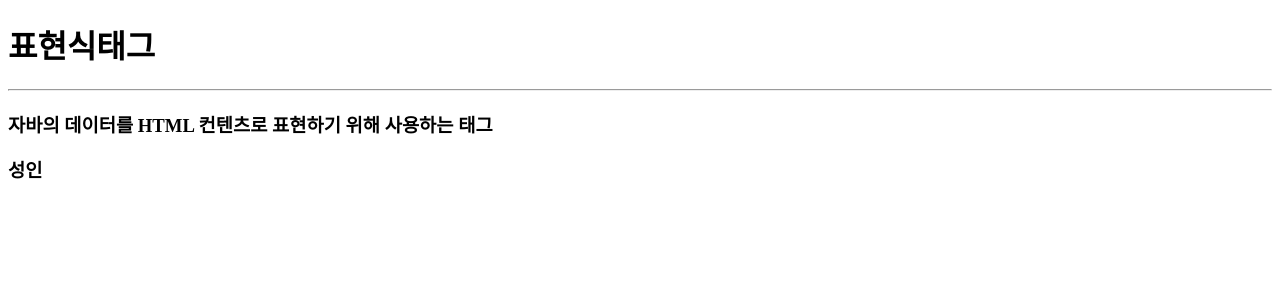
Repository: JWbase/Web_JAVA
Page: http://localhost/04_jspProject/jsp/expressionTag.jsp
An editor plug-in stored every save of this project. The page is shown before and after the next save, followed by the edit.
The browser window is 1280 px wide. The pictures show the whole page.
The page is served by Tomcat 9.

Above is the page before, as saved 2022-08-30 06:39:57.

After the next save:
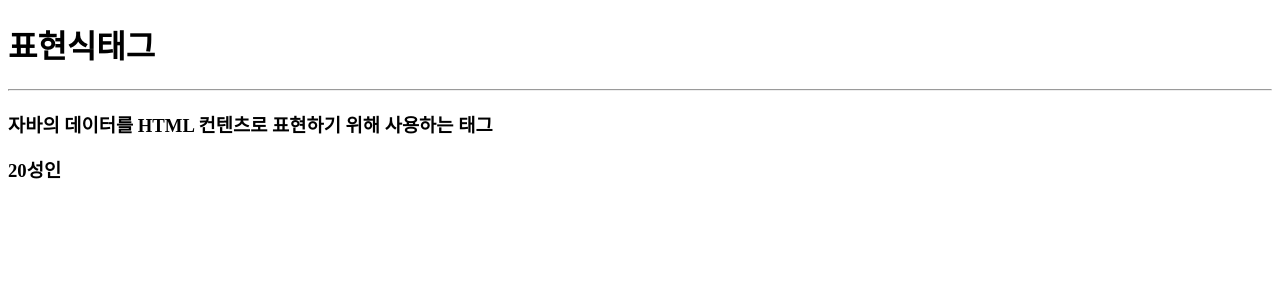
Saved 12 s later.
--- a/web-workspace/04_jspProject/src/main/webapp/jsp/expressionTag.jsp
+++ b/web-workspace/04_jspProject/src/main/webapp/jsp/expressionTag.jsp
@@ -16,7 +16,7 @@
 	<%
 		if (age > 19) {
 	%>
-		<h3>성인</h3>
+		<h3><%=age %>성인</h3>
 	<%
 		} else {
 	%>
